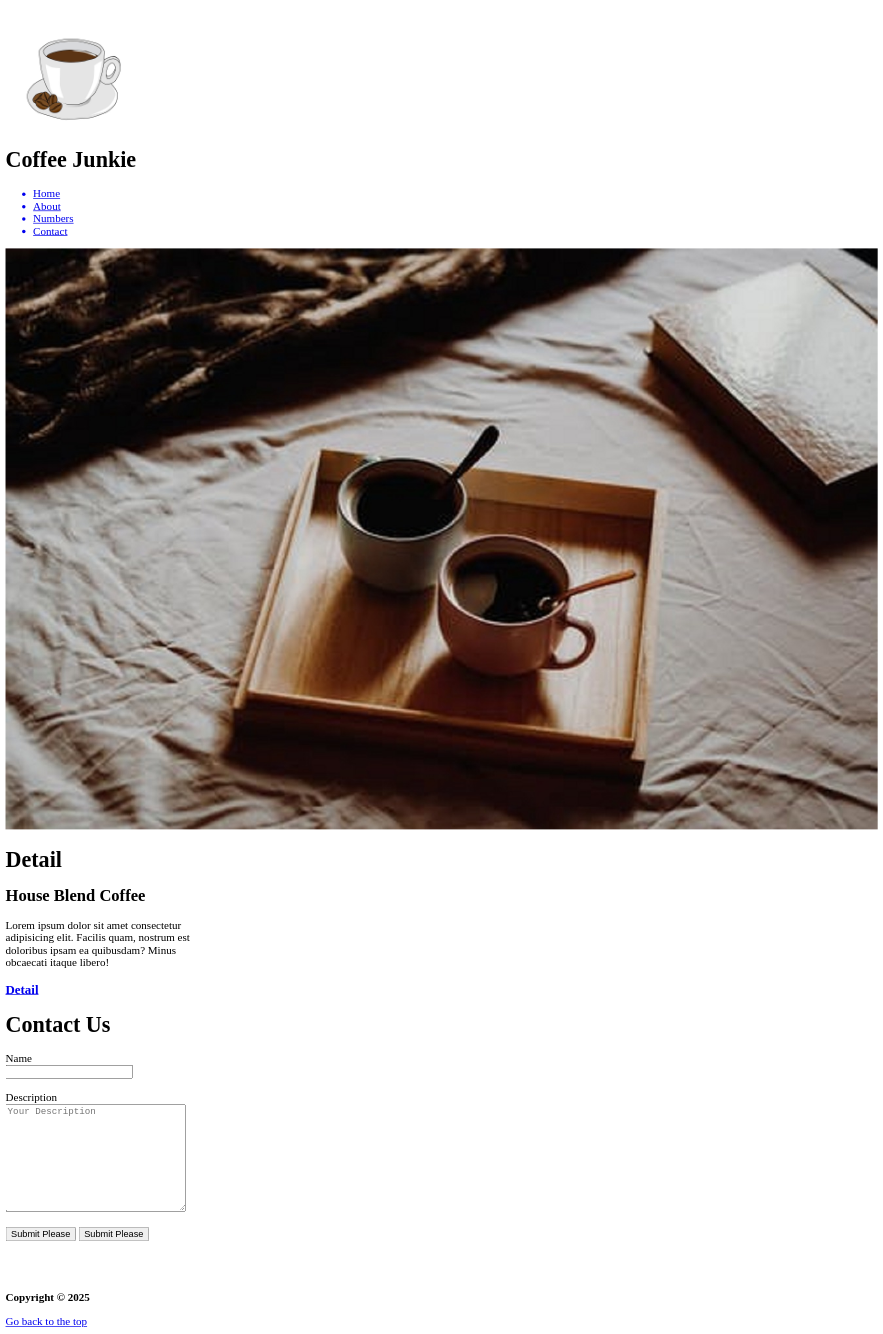
Repository: Tranghii/HTML-CSS
Page: HTML&CSS/miniExercise/index.html
An editor plug-in stored every save of this project. The page is shown before and after the next save, followed by the edit.
The browser window is 1280 px wide. The pictures show the whole page, at 69% of full size.

Above is the page before, as saved 2025-10-11 22:20:04.

### HTML&CSS/miniExercise/index.html
<!DOCTYPE html>
<html lang="en">
<head>
    <meta charset="UTF-8">
    <meta name="viewport" content="width=device-width, initial-scale=1.0">
    <title>Coffee Junkie Home</title>
</head>
<body>
    <div>
        <img id="top" src="images/coffeelogo.png" height="180" alt="coffee">
        <h1>Coffee Junkie</h1>
        <ul>
            <a href="#"><li>Home</li></a>
            <a href="about.html"><li>About</li></a>
            <a href="number.html"><li>Numbers</li></a>
            <a href="contact.html"><li>Contact</li></a>
        </ul>
        <img src="images/coffeeimage.jpeg" width="100%" alt="coffee">

        <div id="Detail">
            <h1>Detail</h1>
            <h2>House Blend Coffee</h2>
            <p>Lorem ipsum dolor sit amet consectetur <br>
                adipisicing elit. Facilis quam, nostrum est <br>
                doloribus ipsam ea quibusdam? Minus <br>
                obcaecati itaque libero!</p>
                <h3> <a href="details.html">Detail</a></h3>

            <form action="">
                <h1>Contact Us</h1>
                <label for="">Name</label> <br>
                <input type="text" name="Name" id="">
                <br><br>
                <label for="">Description</label><br>
                <textarea name="" id="" cols="30" rows="10" placeholder="Your Description"></textarea><br><br>
            <input type="submit" name="" value="Submit Please">
            <button type="submit"> Submit Please</button>
            </form>
            <br><br><br><br>
            <strong>Copyright &copy; 2025</strong><br><br>
            <a href="#top">Go back to the top</a>
        </div>
    </div>


</body>
</html>

After the next save:
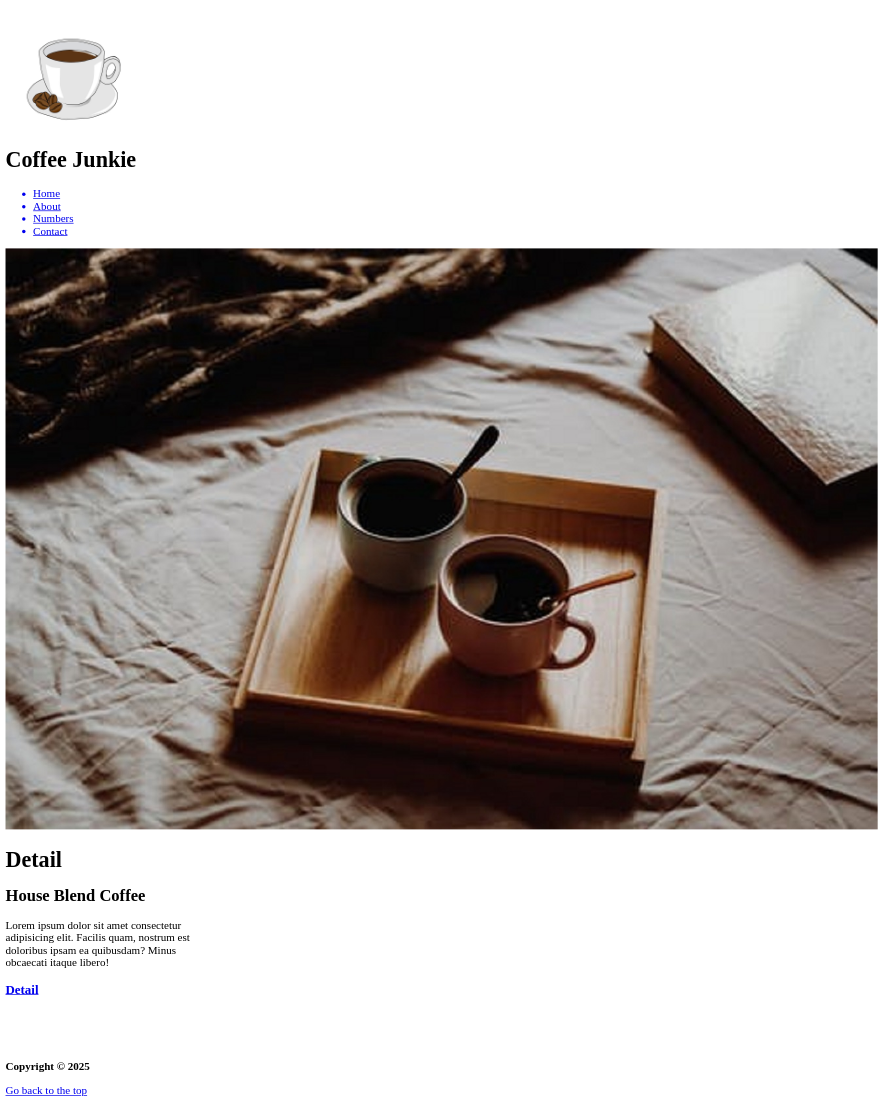
Saved 17 s later.
--- a/HTML&CSS/miniExercise/index.html
+++ b/HTML&CSS/miniExercise/index.html
@@ -26,16 +26,7 @@
                 obcaecati itaque libero!</p>
                 <h3> <a href="details.html">Detail</a></h3>
 
-            <form action="">
-                <h1>Contact Us</h1>
-                <label for="">Name</label> <br>
-                <input type="text" name="Name" id="">
-                <br><br>
-                <label for="">Description</label><br>
-                <textarea name="" id="" cols="30" rows="10" placeholder="Your Description"></textarea><br><br>
-            <input type="submit" name="" value="Submit Please">
-            <button type="submit"> Submit Please</button>
-            </form>
+
             <br><br><br><br>
             <strong>Copyright &copy; 2025</strong><br><br>
             <a href="#top">Go back to the top</a>
